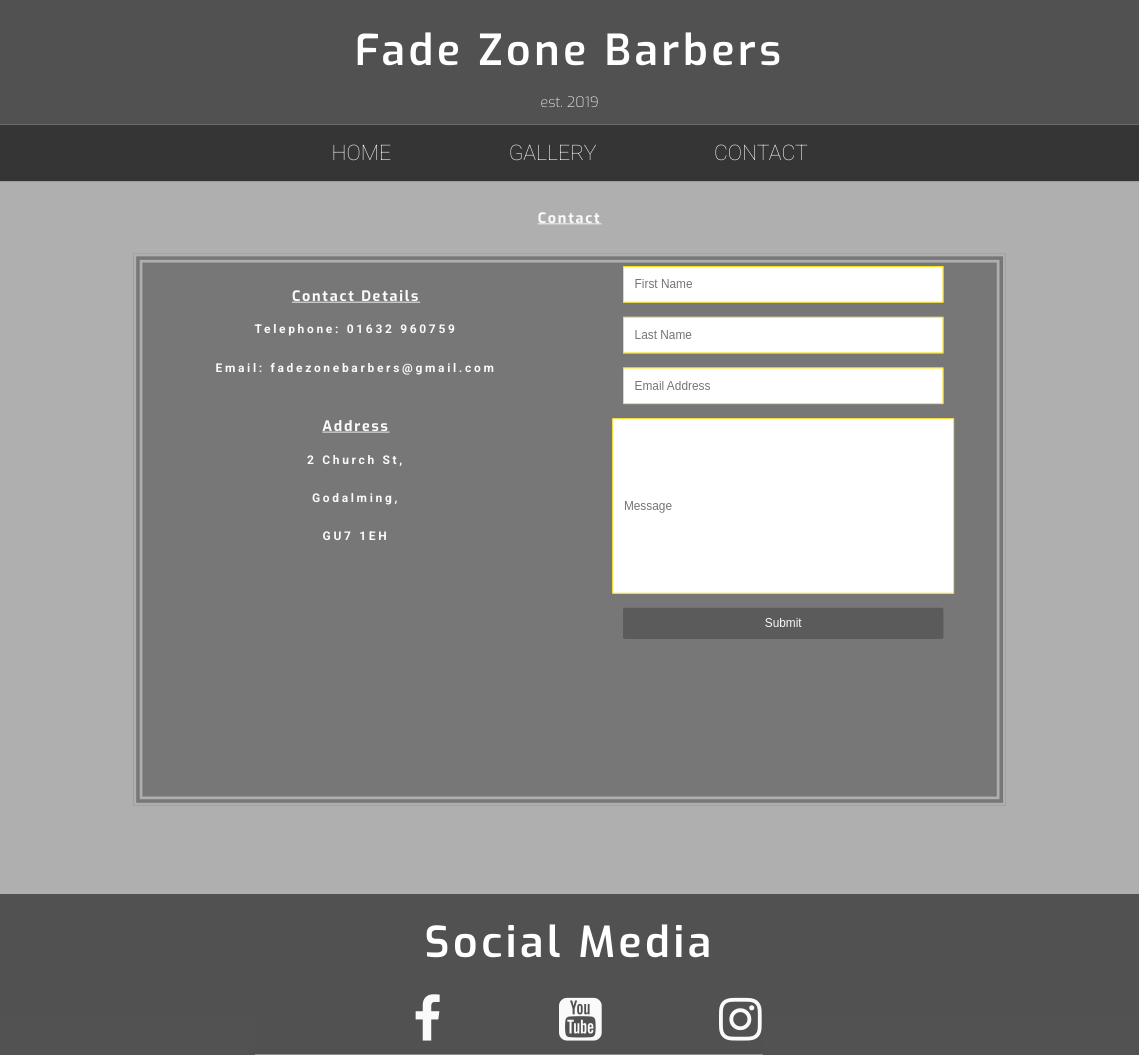
Repository: Boofy360/fade-zone-barbers
Page: contact.html
The author's editor kept a record of every edit. The page is drawn from the files as they stood at one moment, then again after the next edit.
The browser window is 1280 px wide. The pictures show the whole page, at 89% of full size.

Above is the page before.

After the next edit:
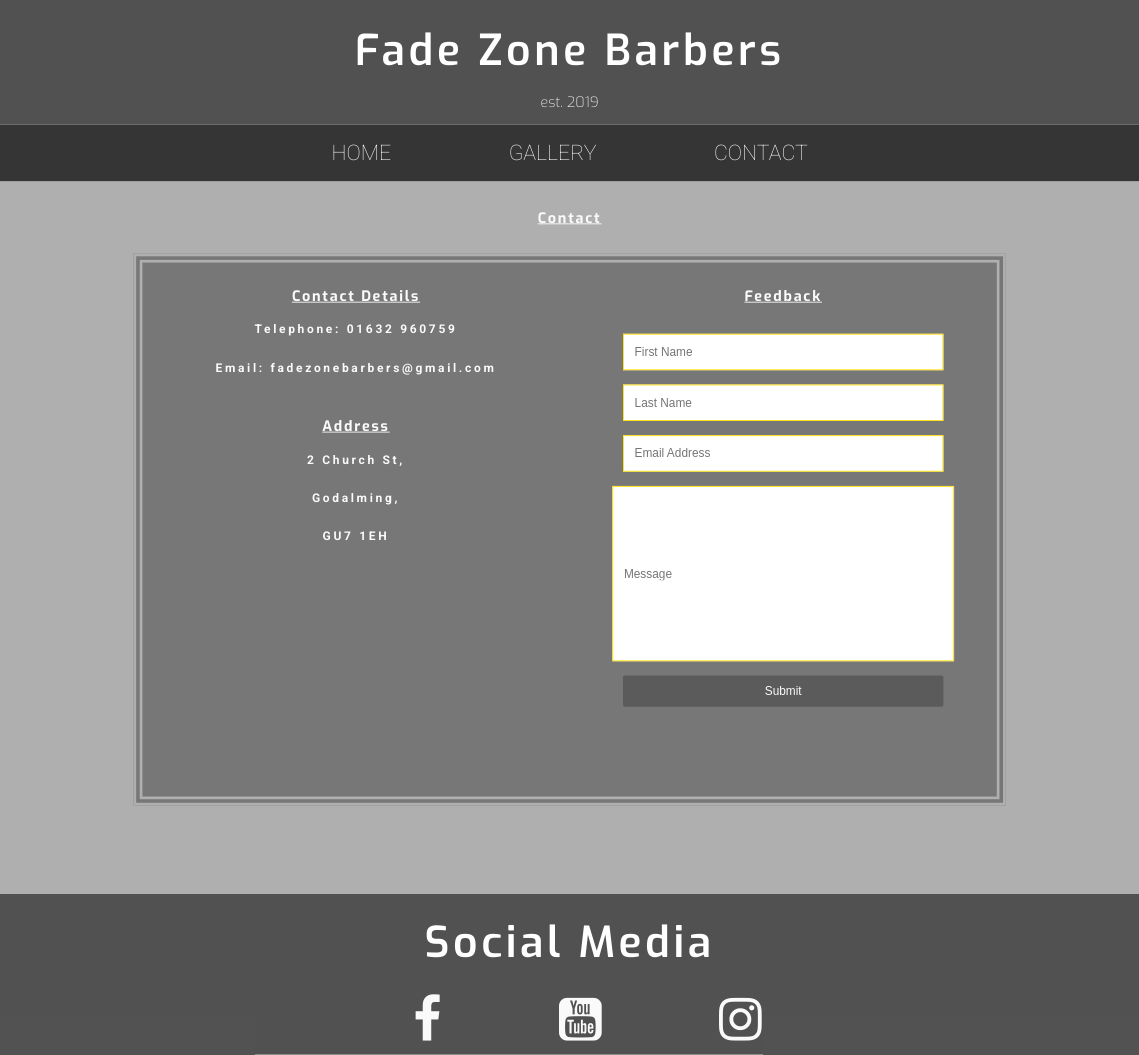
The edit:
--- a/contact.html
+++ b/contact.html
@@ -45,6 +45,7 @@
                 <p>GU7 1EH</p>
             </div>
             <div id="right-contact">
+                <h2>Feedback</h2>
                 <form action="" target="_self" method="post">
                     <input type="text" name="firstname" placeholder="First Name"/>
                     <input type="text" name="lastname" placeholder="Last Name"/>
